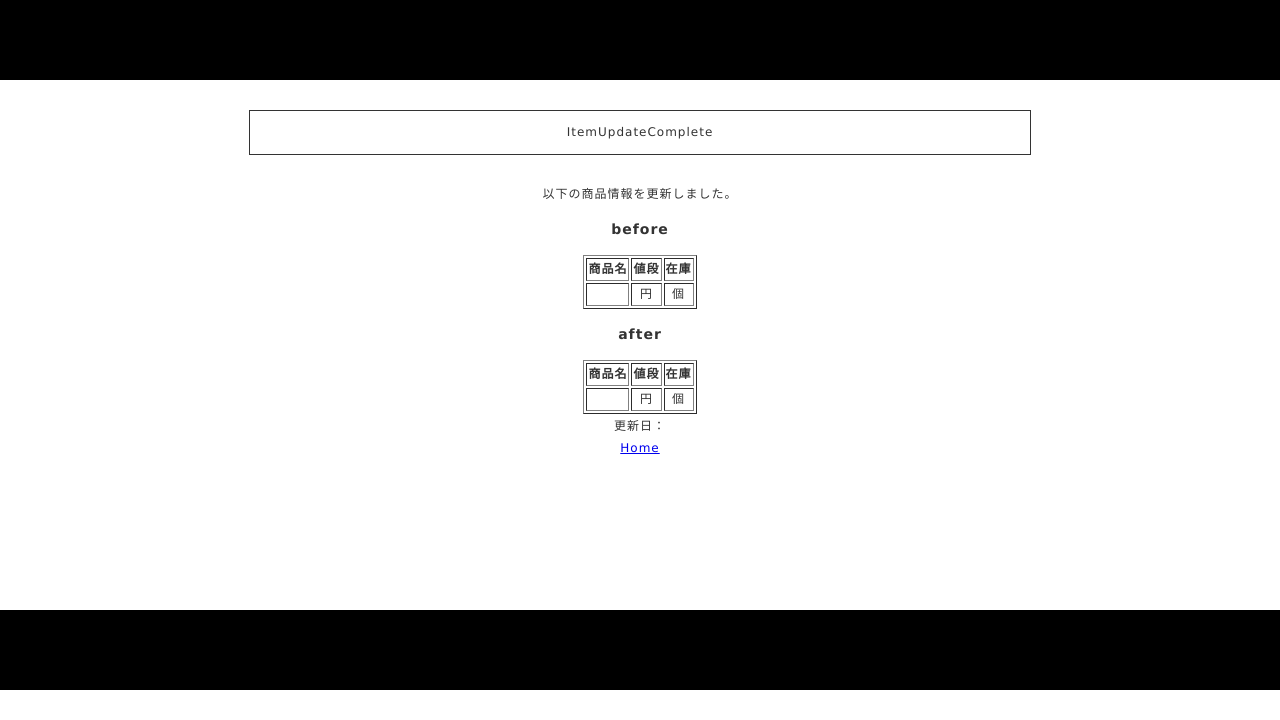
Repository: y321sudo/test2
Page: http://localhost/Yukazon/itemUpdateComplete.jsp
An editor plug-in stored every save of this project. The page is shown before and after the next save, followed by the edit.
The browser window is 1280 px wide. The pictures show the whole page.
The page is served by Tomcat 9.

Above is the page before, as saved 2018-02-28 05:34:45.

After the next save:
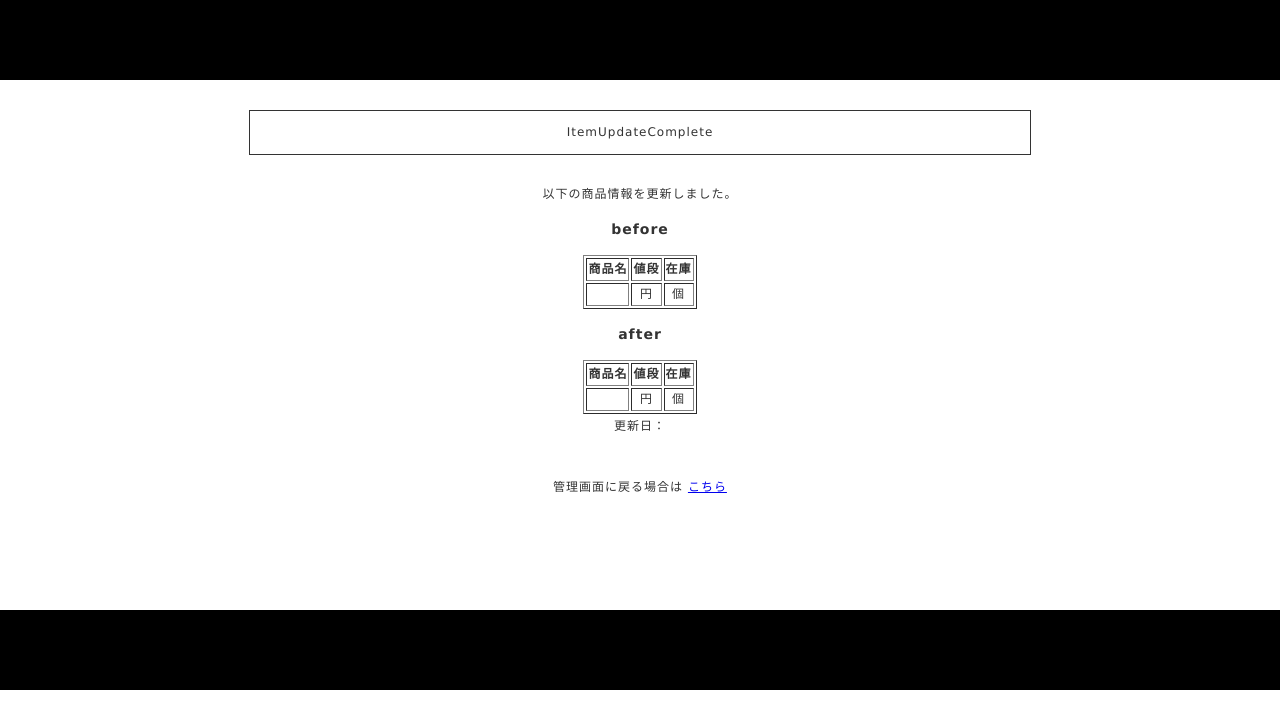
Saved 38 s later.
--- a/Yukazon/WebContent/itemUpdateComplete.jsp
+++ b/Yukazon/WebContent/itemUpdateComplete.jsp
@@ -12,7 +12,7 @@
 <meta name="description" content="" />
 <meta name="keywords" content="" />
 <meta charset="utf-8">
-<title>更新完了画面</title>
+<title>商品更新完了画面</title>
 <style type="text/css">
 	/* ========TAG LAYOUT======== */
 		body {
@@ -102,8 +102,10 @@
 					<td><span>更新日：</span><s:property value="session.update_date"/></td>
 				</tr>
 			</s:form>
+			<br><br>
 			<div>
-				<a href='<s:url action="GoHomeAction"/>'>Home</a>
+				<span>管理画面に戻る場合は</span>
+				<a href="http://localhost:8080/Yukazon/master.jsp">こちら</a>
 			</div>
 		</div>
 	</div>
